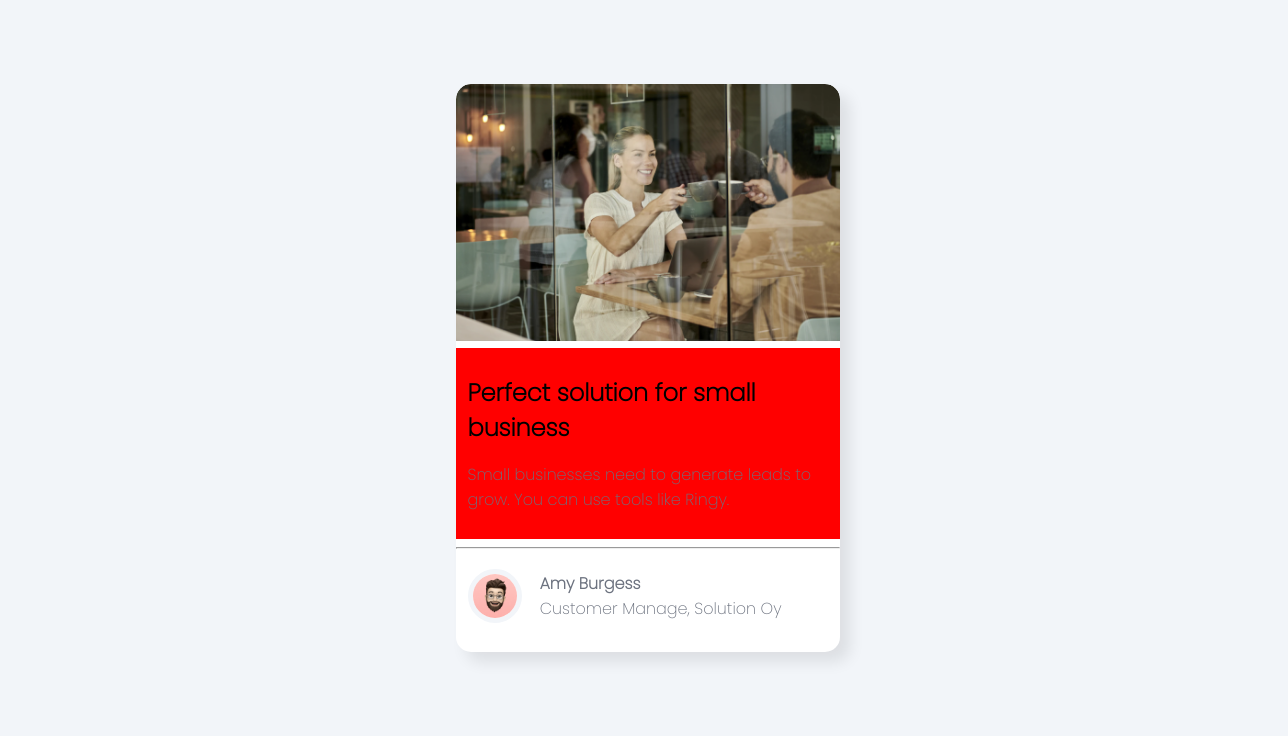
Repository: massndongo/business-blog-card
Page: index.html
The author's editor kept a copy of each file at every save. The page is drawn from the files as they stood at one save, then again after a run of saves.
The browser window is 1280 px wide. The page is 1288 px wide, so the pictures cover 1288 px, including what lies to the right of the window. The pictures show the whole page.

Above is the page before, as saved 2023-11-08 05:26:28.

After the next 2 saves:
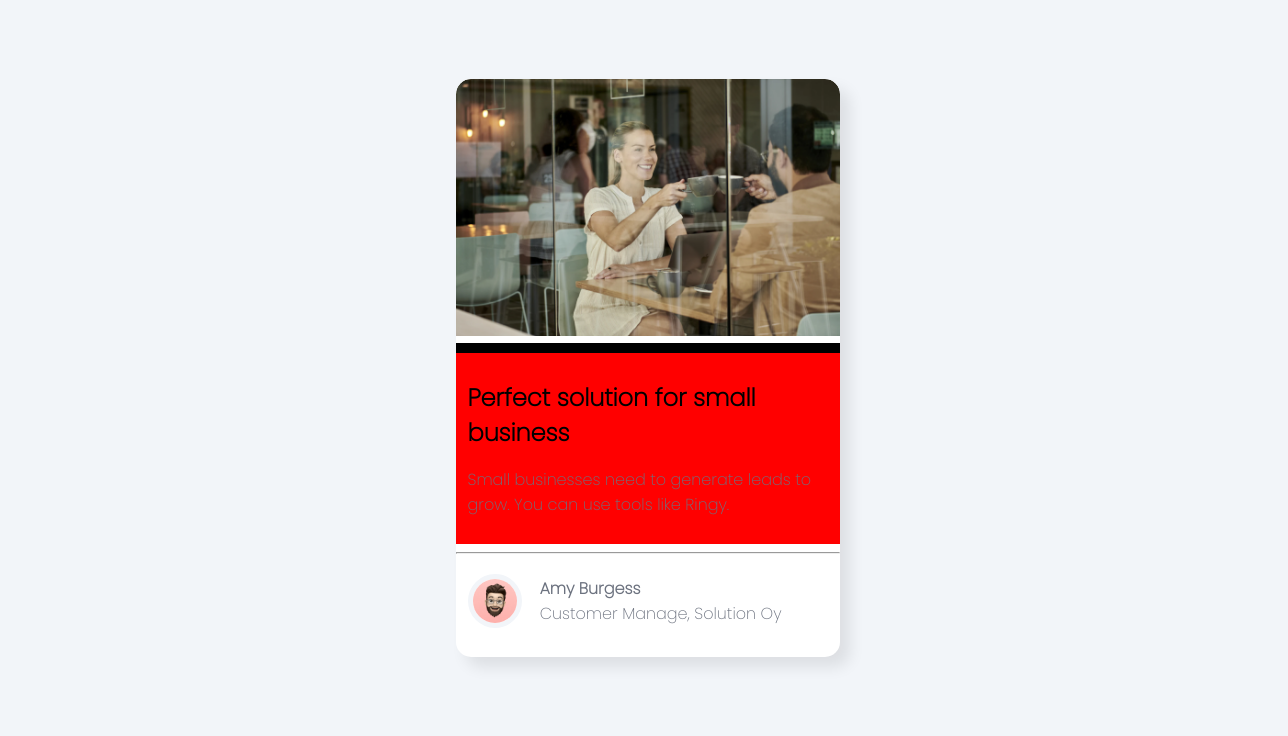
The 2 saves are shown as one change because they came seconds apart.
The last was saved 9 s later.
--- a/css/styles.css
+++ b/css/styles.css
@@ -33,7 +33,7 @@ body {
 }
 .card-body{
     background-color: red;
-    border-top: ;
+    border-top: 10px solid black;
 }
 .title{
     font-size: 24px;
